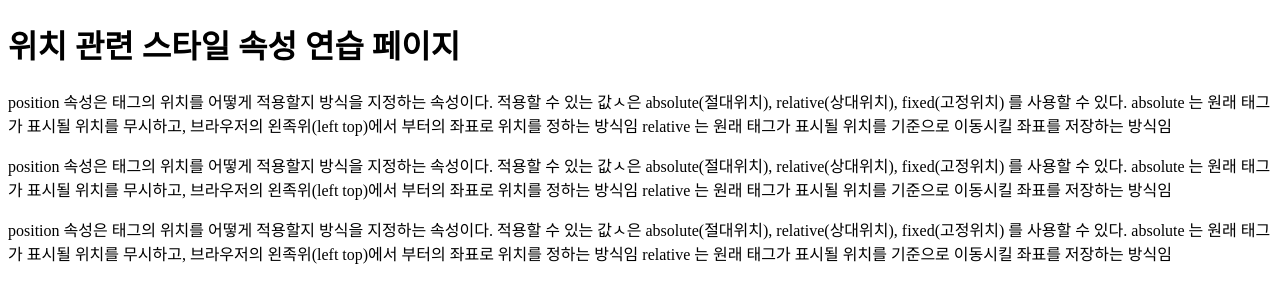
Repository: bianchi112/ict-data
Page: web_workspace/testCSSProject/src/main/webapp/views/test/position.html
An editor plug-in stored every save of this project. The page is shown before and after the next save, followed by the edit.
The browser window is 1280 px wide. The pictures show the whole page.

Above is the page before, as saved 2024-09-02 06:42:15.

After the next save:
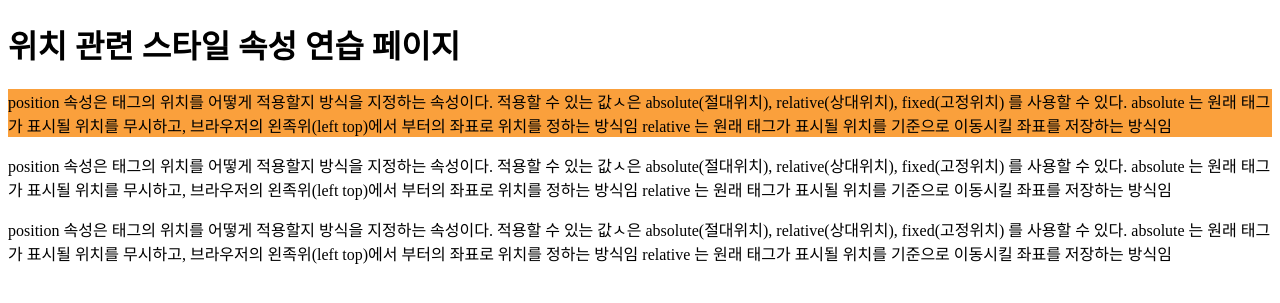
Saved 77 s later.
--- a/web_workspace/testCSSProject/src/main/webapp/views/test/position.html
+++ b/web_workspace/testCSSProject/src/main/webapp/views/test/position.html
@@ -5,7 +5,7 @@
 <title>testc</title>
 <style type="text/css">
 #area1 {
-
+	background-color: rgba(250, 160, 60, 1.0);
 }
 </style>
 </head>
